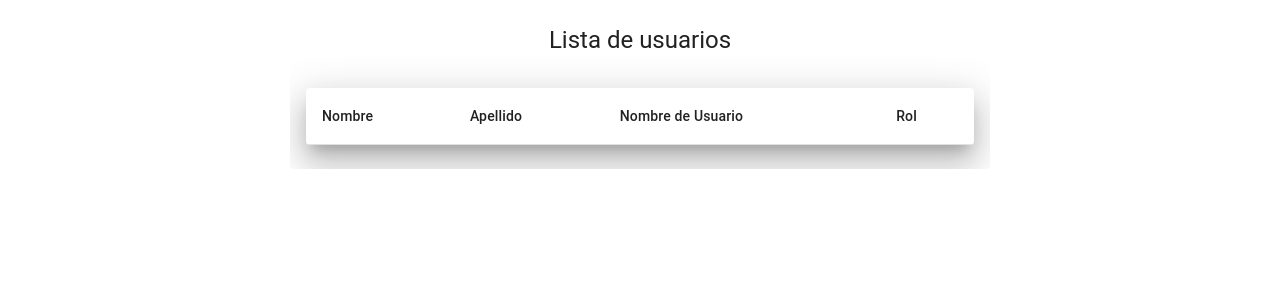
Repository: Mpablom/usuarioCaC-integrador-final-front
Page: /usuarios
The author's editor kept a copy of each file at every save. The page is drawn from the files as they stood at one save, then again after the next save.
The browser window is 1280 px wide. The pictures show the whole page.
The page's requests for data from a server got no answer. The project was rebuilt for these pictures with package versions that can differ from the ones it lists, and the page was loaded fresh each time. No one was signed in, and anything a server would have sent is missing. Also part of the build but not shown: vite.config.ts, src/components/Login.tsx, src/index.css.

Above is the page before, as saved 2024-07-10 23:37:57.

### src/App.tsx
// App.tsx (o donde configures tus rutas)
import React from 'react';
import {
  BrowserRouter as Router,
  Route,
  Routes,
  Navigate,
} from 'react-router-dom';
import Login from './components/Login'; // Componente de inicio de sesión
import UsuariosTable from './components/UsuariosTable'; // Componente de la tabla de usuarios

const App: React.FC = () => {
  return (
    <Router>
      <Routes>
        <Route path="/login" element={<Login />} />
        <Route path="/usuarios" element={<UsuariosTable />} />
        <Route path="/" element={<Navigate to="/login" />} />
      </Routes>
    </Router>
  );
};

export default App;

### src/components/UsuariosTable.tsx
import React, { useEffect, useState } from "react";
import {
  TableContainer,
  Table,
  TableHead,
  TableBody,
  TableRow,
  TableCell,
  Paper,
  Card,
  CardHeader,
  CardContent,
} from "@mui/material";
import { Usuario } from "../models/UsuarioModel";
import { getUsuarios } from "../axios/UsuarioApi";

const UsuariosTable: React.FC = () => {
  const [usuarios, setUsuarios] = useState<Usuario[]>([]);

  useEffect(() => {
    const fetchUsuarios = async () => {
      try {
        const usuariosData = await getUsuarios();
        setUsuarios(usuariosData);
      } catch (error) {
        console.error("Error fetching usuarios:", error);
      }
    };

    fetchUsuarios();
  }, []);

  return (
    <Card sx={{ maxWidth: 700, margin: "auto", boxShadow:'none' }}>
      <CardHeader
        title="Lista de usuarios"
        sx={{ textAlign: "center" }}
      ></CardHeader>
      <CardContent>
        <TableContainer component={Paper} sx={{ boxShadow:'20' }}>
          <Table>
            <TableHead>
              <TableRow>
                <TableCell>Nombre</TableCell>
                <TableCell>Apellido</TableCell>
                <TableCell>Nombre de Usuario</TableCell>
                <TableCell>Rol</TableCell>
              </TableRow>
            </TableHead>
            <TableBody>
              {usuarios.map((usuario) => (
                <TableRow key={usuario.id}>
                  <TableCell>{usuario.nombre}</TableCell>
                  <TableCell>{usuario.apellido}</TableCell>
                  <TableCell>{usuario.username}</TableCell>
                  <TableCell>{usuario.rol}</TableCell>
                </TableRow>
              ))}
            </TableBody>
          </Table>
        </TableContainer>
      </CardContent>
    </Card>
  );
};

export default UsuariosTable;

### src/axios/UsuarioApi.ts
import api from './Api';
import { Usuario, UsuarioLogin } from '../models/UsuarioModel';

export const getUsuarios = async (): Promise<Usuario[]> => {
  const response = await api.get('/usuarios');
  return response.data;
};

export const getUsuarioById = async (id: number): Promise<Usuario> => {
  const response = await api.get(`/usuarios/${id}`);
  return response.data;
};

export const createUsuario = async (usuario: Usuario): Promise<void> => {
  const response = await api.post('/usuarios', usuario);
  return response.data;
};

export const updateUsuario = async (id: number, usuario: Usuario): Promise<void> => {
  const response = await api.put(`/usuarios/${id}`, usuario);
  return response.data;
};

export const deleteUsuario = async (id: number): Promise<void> => {
  const response = await api.delete(`/usuarios/${id}`);
  return response.data;
};

export const restoreUsuario = async (id: number): Promise<void> => {
  const response = await api.patch(`/usuarios/${id}`);
  return response.data;
};
export const login = async (usuarioLogin: UsuarioLogin): Promise<Usuario> => {
    try {
        const response = await api.post(`/usuarios/login`, usuarioLogin);
        return response.data as Usuario; // Asegúrate de que response.data sea del tipo Usuario
    } catch (error) {
        if (error instanceof Error) {
            throw new Error(`Error al iniciar sesión: ${error.message}`);
        } else {
            throw new Error(`Error al iniciar sesión: Error desconocido`);
        }
    }
  }

### src/axios/api.ts
import axios from 'axios';

const api = axios.create({
  baseURL: 'http://localhost:8080',
  headers: {
    'Content-Type': 'application/json',
  },
});

export default api;

Loaded but not shown: index.html (common file); src/main.tsx (common file)

After the next save:
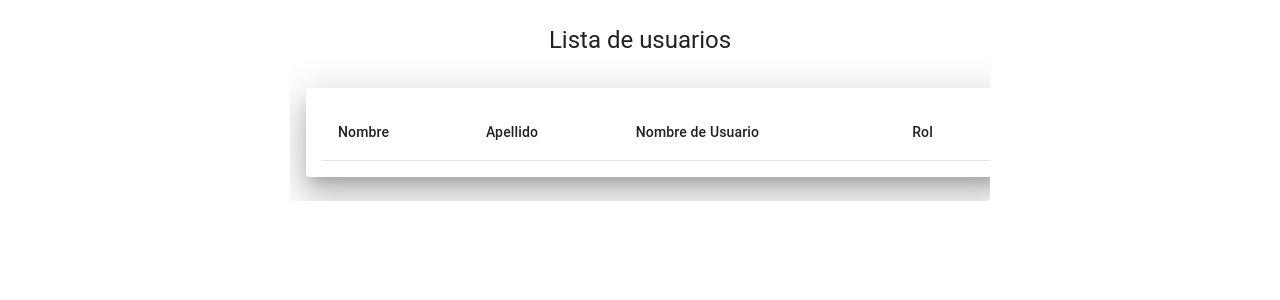
Saved 21 s later.
--- a/src/components/UsuariosTable.tsx
+++ b/src/components/UsuariosTable.tsx
@@ -37,7 +37,7 @@ const UsuariosTable: React.FC = () => {
         sx={{ textAlign: "center" }}
       ></CardHeader>
       <CardContent>
-        <TableContainer component={Paper} sx={{ boxShadow:'20' }}>
+        <TableContainer component={Paper} sx={{ boxShadow:'20', padding: 2 }}>
           <Table>
             <TableHead>
               <TableRow>
